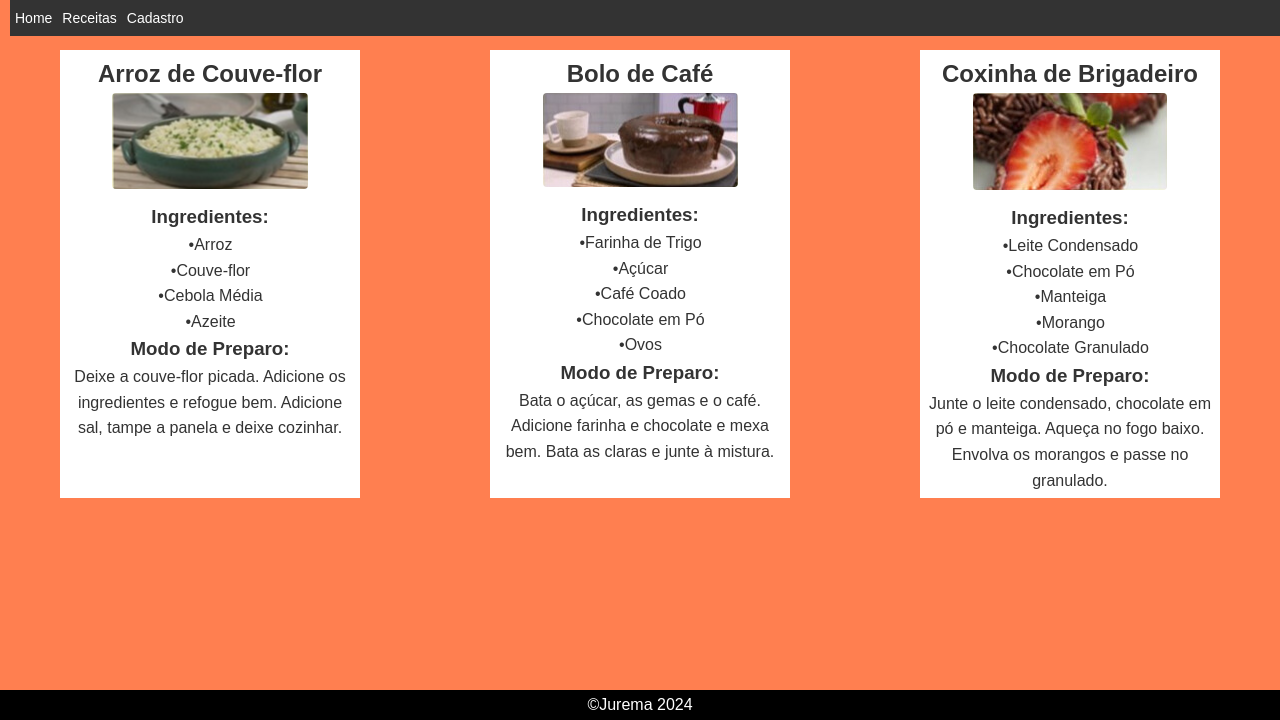
Repository: devropaes/RECEITAS
Page: OneDrive/Área de Trabalho/Estudos/Estácio/receitas/receitas.html
These files come from the project's save history. The page is drawn as it stood at one moment and after the next save; the edit follows.
The browser window is 1280 px wide. The pictures show the whole page.

Above is the page before, as saved 2024-03-16 13:31:56.

### OneDrive/Área de Trabalho/Estudos/Estácio/receitas/receitas.html
<!DOCTYPE html>
<html lang="pt-br">
<head>
    <meta charset="UTF-8">
    <meta http-equiv="X-UA-Compatible" content="IE=edge">
    <meta name="viewport" content="width=device-width, initial-scale=1.0">
    <link rel="stylesheet" href="formatos.css">
    <link rel="stylesheet" href="receitas.css">
    <title>Receitas</title>
</head>
<body>
  <div class="page-container">
    <header>
        <nav>
            <ul class="navlist">
                <li><a href="home.html">Home</a></li>
                <li><a href="receitas.html">Receitas</a></li>
                <li><a href="cadastro.html">Cadastro</a></li>
           </ul>
        </nav>
    </header>

    <main>
        <section class="receitas-container">
            <!-- Receita 1 -->
            <div class="receita">
                <h2>Arroz de Couve-flor</h2>
                <img src="./assets/arroz.png" alt="Arroz de Couve-flor">
                <h3>Ingredientes:</h3>
                <ul class="lista-ingredientes">
                    <li>Arroz</li>
                    <li>Couve-flor</li>
                    <li>Cebola Média</li>
                    <li>Azeite</li>
                </ul>
                <h3>Modo de Preparo:</h3>
                <p>Deixe a couve-flor picada. Adicione os ingredientes e refogue bem. Adicione sal, tampe a panela e deixe cozinhar.</p>
            </div>

            <!-- Receita 2 -->
            <div class="receita">
                <h2>Bolo de Café</h2>
                <img src="./assets/bolo.png" alt="Bolo de Café">
                <h3>Ingredientes:</h3>
                <ul>
                    <li>Farinha de Trigo</li>
                    <li>Açúcar</li>
                    <li>Café Coado</li>
                    <li>Chocolate em Pó</li>
                    <li>Ovos</li>
                </ul>
                <h3>Modo de Preparo:</h3>
                <p>Bata o açúcar, as gemas e o café. Adicione farinha e chocolate e mexa bem. Bata as claras e junte à mistura.</p>
            </div>

            <!-- Receita 3 -->
            <div class="receita">
                <h2>Coxinha de Brigadeiro</h2>
                <img src="./assets/brigadeiro.png" alt="Coxinha de Brigadeiro">
                <h3>Ingredientes:</h3>
                <ul>
                    <li>Leite Condensado</li>
                    <li>Chocolate em Pó</li>
                    <li>Manteiga</li>
                    <li>Morango</li>
                    <li>Chocolate Granulado</li>
                </ul>
                <h3>Modo de Preparo:</h3>
                <p>Junte o leite condensado, chocolate em pó e manteiga. Aqueça no fogo baixo. Envolva os morangos e passe no granulado.</p>
            </div>
        </section>
    </main>

    <footer class="rodape">
        <p>&copy;Jurema 2024 </p>
    </footer>

    <script src="https://code.jquery.com/jquery-3.3.1.slim.min.js" integrity="sha384-q8i/X+965DzO0rT7abK41JStQIAqVgRVzpbzo5smXKp4YfRvH+8abtTE1Pi6jizo" crossorigin="anonymous"></script>
    <script src="https://cdnjs.cloudflare.com/ajax/libs/popper.js/1.14.7/umd/popper.min.js" integrity="sha384-UO2eT0CpHqdSJQ6hJty5KVphtPhzWj9WO1clHTMGa3JDZwrnQq4sF86dIHNDz0W1" crossorigin="anonymous"></script>
    <script src="https://stackpath.bootstrapcdn.com/bootstrap/4.3.1/js/bootstrap.min.js" integrity="sha384-JjSmVgyd0p3pXB1rRibZUAYoIIy6OrQ6VrjIEaFf/nJGzIxFDsf4x0xIM+B07jRM" crossorigin="anonymous"></script>
    <script src="https://cdnjs.cloudflare.com/ajax/libs/select2/4.0.13/js/select2.min.js"></script>

    <script>
        $(document).ready(function() {
            // Aplica o Select2 ao campo de seleção de estados
            $('#estado').select2({
                placeholder: 'Escolher...',
                allowClear: true, // Permite a limpeza da seleção
            });
        });
    </script>
</body>
</html>

### OneDrive/Área de Trabalho/Estudos/Estácio/receitas/formatos.css
:root {
    --cor-primaria: #ff7f50;
    --cor-secundaria: #333;
    --cor-terciaria: #000;
    --cor-hover: #fff;
    --cor-apagada:#ced4da;
    --font-primaria: "Arial, Helvetica", sans-serif;
    --font-secundaria: "Krona-One", sans-serif;
}

* {
    margin: 0;
    padding: 0;
    box-sizing: border-box;
}

body {
    background-color: var(--cor-primaria);
    color: var(--cor-secundaria);
    font-family: var(--font-secundaria);
    font-size: 16px;
    line-height: 1.6;
    font-weight: 400;
    text-align: center;
    margin: 5px;
    padding: 5px;
}
.navlist {

    background-color: var(--cor-secundaria); /* Cor de fundo da lista */
    padding: 5px; /* Adicionado */
    list-style: none;
    display: flex;
    justify-content:flex-start;
    max-width: 100%;

}
.navlist li {

    margin-right: 10px;

}

.navlist a {
    text-decoration: none;
    font-family: var(--font-primaria);
    font-size: 14px;
    font-weight: normal;
    color: var(--cor-apagada);
}
.navlist li a {
    color: var(--cor-hover); /* Cor do texto dentro dos links */

}

.logo-container {
    display: flex;
    align-items: center;
    font-size: 1em;
    margin-bottom: 50px;
    margin-top: 80px;
}

.logo {
    width: 70px;
    margin-right: 5px;
}

.receitas__tia__jurema {
    width: 80px;
    font-size: 2em;
    margin-bottom: 50px;
    padding: 50px;
    display: contents;
}

.content {
    display: flex;
    flex-direction: column;
    align-items: center;
    justify-content: center;
    text-align: center;
    margin-bottom: 60px;
}

.apresentacao {
    font-size: 1.5em;
    text-align: center;
    padding: 30px;
    width: 80%;
    margin: auto;
}

.apresentacao h2 {
    font-size: 1.5em;
    margin-bottom: 10px;
    padding: 10px;
    text-align: center;
}

header {
    position: fixed;
    top: 0;
    width: 100%;
    margin-top: 0;
    background-color: var(--cor-primaria);
    z-index: 1000;
}

.rodape {
    background-color: var(--cor-terciaria);
    border-color: var(--cor-hover);
    color: var(--cor-hover);
    text-align: center;
    padding: 10px;
    position: fixed;
    border-bottom: var(--cor-hover);
    left: 0;
    bottom: 0;
    width: 100%;
    height: 30px;
    max-width: 100%;
    line-height: 10px;
}

### OneDrive/Área de Trabalho/Estudos/Estácio/receitas/receitas.css

.apresentacao__receitas__link {
    display:contents;
    width: 100px;
    padding: 10px;
    align-items: center;
    justify-content: center:
}
.receitas-container {
    display: flex;
    flex-wrap: wrap;
    gap: 30px;
    justify-content:space-around;
    max-height: 1000px;
    overflow: auto;
    margin-top: 40px;
    margin-bottom: 40px;

}
.receita {
    background-color:var(--cor-hover);
    padding: 5px;
    width: 300px;
}
.receita img {
    max-width: 100%;
    height: auto;
    border-radius: 4px;
    margin-bottom: 5px;
    margim-top: 20px;
}
.receita h2 {
    color:var(--cor-secundaria);
}

.receita h3 {
    color:var(--cor-secundaria);
}

.receita ul {
    list-style: none;
    padding: 0;
}

.receita ul li {
    position: relative;
    padding-left: 1px;
}

.receita ul li:before {
    content: "•";
    position:relative;
    left: 0;
    color: var(--cor-secundaria);
}


.receita p {
    color:var(--cor-secundaria);
}

After the next save:
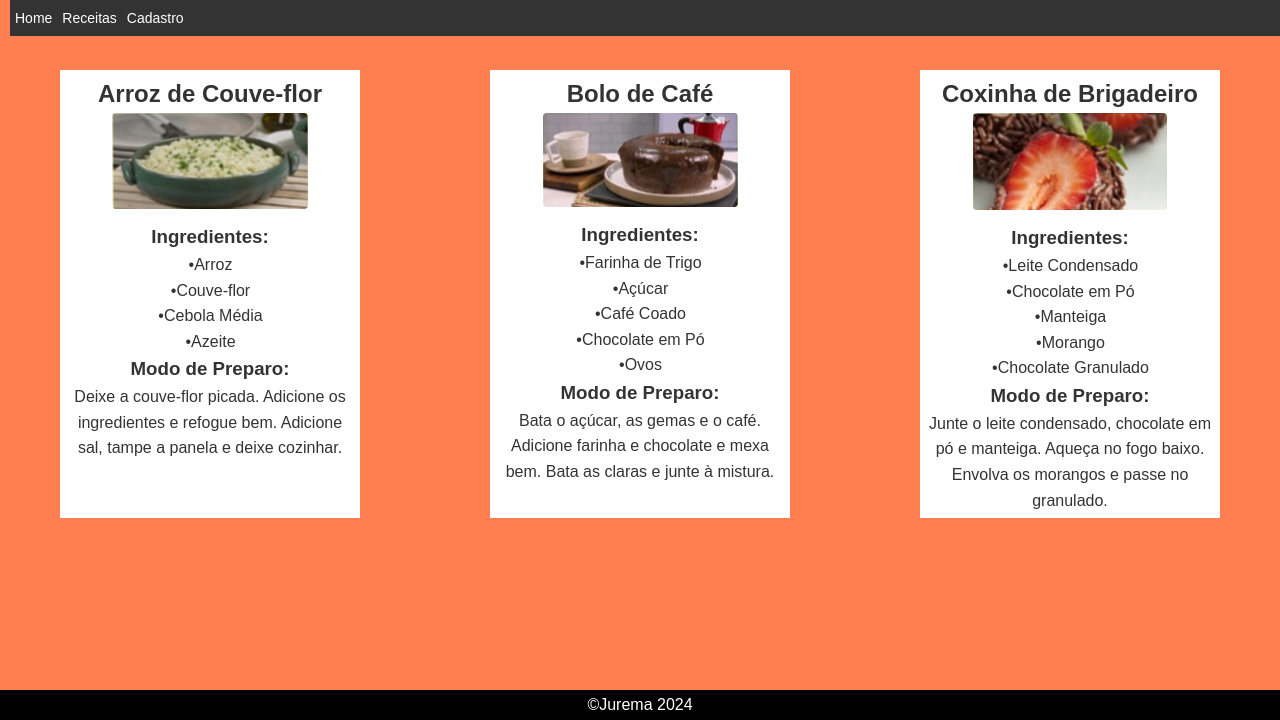
Saved 2 min 21 s later.
--- a/OneDrive/Área de Trabalho/Estudos/Estácio/receitas/receitas.css
+++ b/OneDrive/Área de Trabalho/Estudos/Estácio/receitas/receitas.css
@@ -13,8 +13,8 @@
     justify-content:space-around;
     max-height: 1000px;
     overflow: auto;
-    margin-top: 40px;
-    margin-bottom: 40px;
+    margin-top: 60px;
+    margin-bottom: 60px;
 
 }
 .receita {
